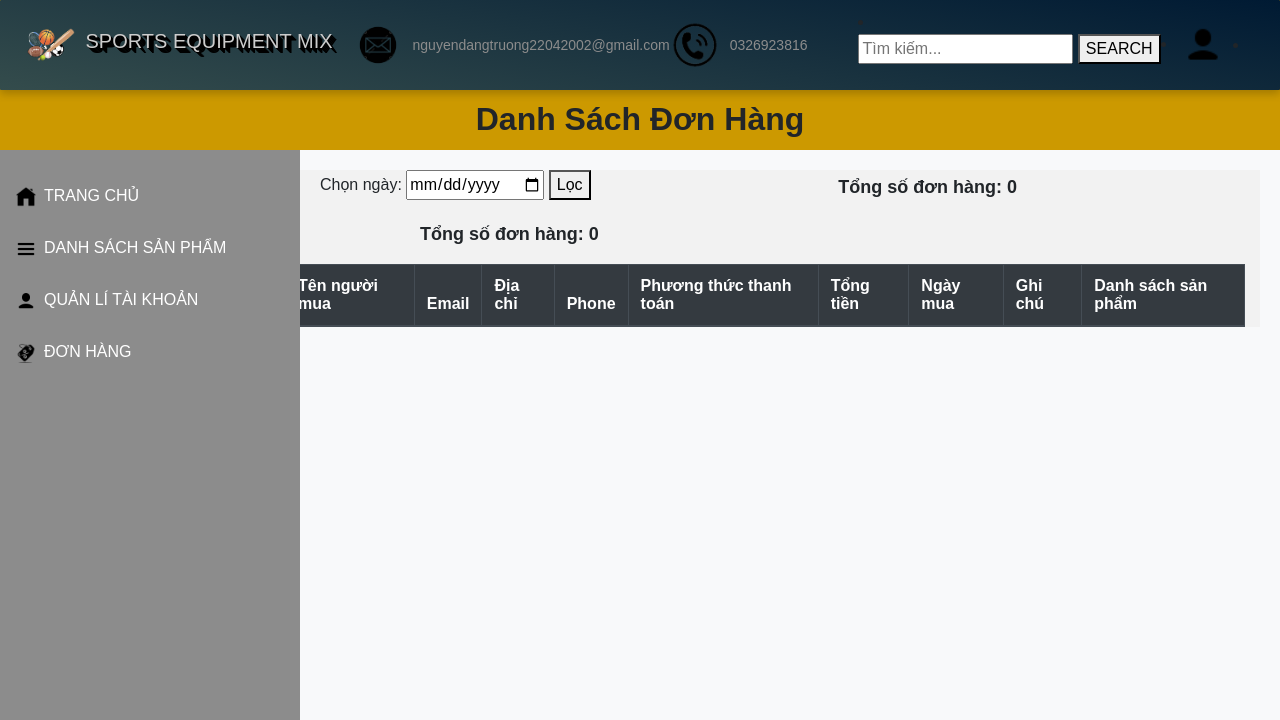
Repository: nguyendangtruong220420002/WWW-BanDungCuThietBiTheThao
Page: http://localhost/WebBanDungCuTheThao/QuanLy/DSDonHang.jsp
These files come from the project's save history. The page is drawn as it stood at one moment and after the next save; the edit follows.
The browser window is 1280 px wide. The pictures show the whole page.
The page is served by Tomcat 10. Other server files are loaded and not shown. The template is opened directly, without the code that normally fills it, so the values that code supplies are empty.

Above is the page before, as saved 2024-07-22 07:37:43.

### WebBanDungCuTheThao/src/main/webapp/QuanLy/DSDonHang.jsp
<%@ page language="java" contentType="text/html; charset=UTF-8"
	pageEncoding="UTF-8"%>
<%@ taglib uri="http://java.sun.com/jsp/jstl/core" prefix="c"%>

<%@ taglib uri="http://java.sun.com/jsp/jstl/functions" prefix="fn"%>
<%@ taglib uri="http://java.sun.com/jsp/jstl/fmt" prefix="fmt"%>
<html>
<head>
<meta charset="UTF-8">
<title>Quản Lý Đơn Hàng</title>
<link
	href="https://stackpath.bootstrapcdn.com/bootstrap/4.5.2/css/bootstrap.min.css"
	rel="stylesheet">
<!-- Bootstrap JS và jQuery -->
<script src="https://code.jquery.com/jquery-3.5.1.slim.min.js"></script>
<script
	src="https://cdn.jsdelivr.net/npm/@popperjs/core@2.9.2/dist/umd/popper.min.js"></script>
<script
	src="https://stackpath.bootstrapcdn.com/bootstrap/4.5.2/js/bootstrap.min.js"></script>
<style>
body {
	font-family: Arial, sans-serif;
	margin: 0;
	padding: 0;
	box-sizing: border-box;
	display: flex;
	flex-direction: column;
	min-height: 100vh;
}

.logo {
	display: flex;
	align-items: center;
	justify-content: space-around;
	padding: 10px;
	background: linear-gradient(10deg, #344c4c, #001a33);
	border-radius: 1px;
	box-shadow: 0 4px 8px rgba(0, 0, 0, 0.2);
}

.logo-left {
	display: flex;
	align-items: center;
}

.logo-right {
	display: flex;
	align-items: center;
}

.logo img {
	height: 50px;
	width: 50px;
	margin-right: 10px;
}

.logo h1 {
	font-size: 20px;
	text-shadow: 1px 1px 0 #000, 2px 2px 0 #000, 3px 3px 0 #000, 4px 4px 0
		#000, 5px 5px 0 #000;
	color: #cccccc;
	font-weight: 100;
	margin-right: 20px;
}

.contact-info {
	display: flex;
	align-items: center;
	margin-right: 20px;
}

.contact-info h2 {
	margin: 0;
	font-size: 14px;
	color: #8c8c8c;
}

.social-icons img {
	height: 40px;
	width: 40px;
	margin: 10px;
}

header {
	background-color: #cc9900;
	height: 150px;
}

.memu-icons {
	height: 15px;
	width: 15px;
	margin: 0 5px;
}

.user-menu {
	display: none;
	position: absolute;
	background-color: white;
	border: 1px solid #ccc;
	padding: 10px;
	right: 15px;
	top: 40px;
}

.user-menu a {
	display: block;
	color: #333;
	text-decoration: none;
	margin: 5px 0;
}

.user-icon {
	position: relative;
	cursor: pointer;
}

.sidebar {
	width: 300px;
	height: 100%;
	background-color: #8c8c8c;
	padding-top: 20px;
	position: fixed;
	top: 150px; /* Dưới header */
	left: 0;
	overflow-y: auto;
}

.nav-list {
	list-style-type: none;
	padding: 0;
	margin: 0;
}

.nav-list li {
	position: relative;
}

.nav-list li a {
	display: block;
	color: white;
	padding: 14px 16px;
	text-decoration: none;
}

.nav-list li a:hover {
	background-color: #111;
}

.menu-icons {
	height: 20px;
	width: 20px;
	margin-right: 8px;
}

.dropdown-content {
	display: none;
	background-color: #444;
	padding-left: 20px;
}

.dropdown-content a {
	color: white;
	padding: 12px 16px;
	text-decoration: none;
	display: block;
}

.dropdown-content a:hover {
	background-color: #555;
}

main {
	margin-left: 250px; /* Để lại khoảng trống cho sidebar */
	padding: 20px;
	flex: 1;
}

.show {
	display: block;
}
</style>
<script>
	function toggleUserMenu() {
		var userMenu = document.getElementById("user-menu");
		if (userMenu.style.display === "block") {
			userMenu.style.display = "none";
		} else {
			userMenu.style.display = "block";
		}
	}
	function toggleDropdown(event) {
		event.preventDefault();
		var dropdownContent = event.currentTarget.nextElementSibling;
		dropdownContent.classList.toggle("show");
	}
	function filterByDate() {
	    // Lấy ngày từ form lọc
	    const filterDate = document.getElementById('filterDate').value;
	    const formattedDate = new Date(filterDate).toISOString().split('T')[0]; // Định dạng ngày theo yyyy-MM-dd

	    // Lấy tất cả các hàng trong bảng
	    const rows = document.querySelectorAll('#paymentsTableBody tr');

	    rows.forEach(row => {
	        // Lấy giá trị ngày từ thuộc tính data-date
	        const rowDate = row.getAttribute('data-date');

	        // So sánh ngày để quyết định hiển thị hoặc ẩn hàng
	        if (rowDate === formattedDate) {
	            row.style.display = ''; // Hiển thị hàng
	        } else {
	            row.style.display = 'none'; // Ẩn hàng
	        }
	    });
	}

</script>


</head>
<body>
	<header>
		<div class="logo">
			<div class="logo-left">
				<img alt="" src="IMG/logo.png">
				<h1>SPORTS EQUIPMENT MIX</h1>
				<div class="contact-info">
					<img alt="" src="IMG/thu.png" class="social-icons">
					<h2>nguyendangtruong22042002@gmail.com</h2>
					<img alt="" src="IMG/call.png" class="social-icons">
					<h2>0326923816</h2>
				</div>
			</div>
			<div class="logo-right">
				<li>
					<form action="search.jsp" method="get">
						<input type="text" name="query" placeholder="Tìm kiếm...">
						<button type="submit">SEARCH</button>
					</form>
				</li>
				<li><a href="#" class="user-icon" onclick="toggleUserMenu()"><img
						alt="" src="IMG/user.png" style="height: 40px; width: 40px"></a>
					<div id="user-menu" class="user-menu">
						<c:choose>
							<c:when test="${not empty sessionScope.ten}">
								<span class="user-info font-weight-bold text-black"> <c:out
										value="Xin chào: ${sessionScope.ten}" />
								</span>
								<button type="button" class="btn btn-danger"
									onclick="confirmLogout()">Đăng Xuất</button>
							</c:when>
							<c:otherwise>
								<button type="button" class="btn btn-primary"
									data-toggle="modal" data-target="#loginModal">Đăng
									Nhập</button>
								<button type="button" class="btn btn-primary"
									data-toggle="modal" data-target="#registerModal">Đăng
									Ký</button>
							</c:otherwise>
						</c:choose>
					</div></li>
				<li>
			</div>
		</div>
		<div style="text-align: center; margin-top: 10px">
			<h2 style="font-weight: bold;">Danh Sách Đơn Hàng</h2>
		</div>
	</header>
	<nav class="sidebar">
		<ul class="nav-list">
			<li><a href="Admin.jsp"><img alt="" src="IMG/home.png"
					class="menu-icons">TRANG CHỦ</a></li>
			<li class="dropdown"><a href="javascript:void(0)"
				class="dropbtn" onclick="toggleDropdown(event)"><img alt=""
					src="IMG/menu.png" class="menu-icons">DANH SÁCH SẢN PHẨM</a>
				<div class="dropdown-content">
					<a href="DanhSachLoaiSanPhamServlet">Loại Sản phẩm</a> <a
						href="DanhSachSanPhamServlet">Sản phẩm</a>
				</div></li>
			<li><a href="users.jsp"><img alt="" src="IMG/user.png"
					class="menu-icons">QUẢN LÍ TÀI KHOẢN</a></li>
			<li><a href="DSDonHangServlet"><img alt=""
					src="IMG/sale.png" class="menu-icons">ĐƠN HÀNG</a></li>
		</ul>
	</nav>
	<main>
		<div class="container"
			style="background-color: #f2f2f2; max-width: 1600px">

			<div class="content">
				<div class="row mb"
					style="display: flex; align-items: center; margin-left: 20px;">

					<div class="col-md-4" style="display: flex; align-items: center;">
						<form id="filterForm" method="get">
							<label for="filterDate">Chọn ngày:</label> <input type="date"
								id="filterDate" name="filterDate" value="${filterDate}" />
							<button type="submit">Lọc</button>
						</form>
					</div>

					<div class="col-md-4"
						style="font-weight: bold; font-size: 18px; margin-left: 200px">

						<p>Tổng số đơn hàng: ${fn:length(payments)}</p>
					</div>
					<div class="col-md"
						style="font-weight: bold; font-size: 18px; margin-left: 100px">

						<p>Tổng số đơn hàng: ${fn:length(payments)}</p>
					</div>
				</div>

			</div>
			<table class="table table-bordered">
				<thead class="thead-dark">
					<tr>
						<th>Tên người mua</th>
						<th>Email</th>
						<th>Địa chỉ</th>
						<th>Phone</th>
						<th>Phương thức thanh toán</th>
						<th>Tổng tiền</th>
						<th>Ngày mua</th>
						<th>Ghi chú</th>
						<th>Danh sách sản phẩm</th>
					</tr>

				</thead>
				<tbody id="paymentsTableBody">
					<c:forEach var="payment" items="${payments}">
						<tr>
							<td>${payment.hoten}</td>
							<td>${payment.email}</td>
							<td>${payment.address}</td>
							<td>${payment.phone}</td>
							<td>${payment.paymentMethod}</td>
							<td>${payment.total}</td>
							<td><fmt:formatDate value="${payment.purchaseDate}"
									pattern="dd-MM-yyyy HH:mm" /></td>
							<td>${payment.ghichu}</td>
							<td>
								<ul>
									<c:forEach var="sanPham" items="${payment.sanPhams}">
										<li>Tên sản phẩm: ${sanPham.tensanpham}, Số lượng:
											${sanPham.soluong}, Giá: ${sanPham.giagiam}</li>
									</c:forEach>
								</ul>
							</td>
						</tr>
					</c:forEach>
				</tbody>

			</table>
		</div>
	</main>


	<footer> </footer>

	<jsp:include page="../Modal/register.jsp" />
	<jsp:include page="../Modal/login.jsp" />
	<!-- Modal Đăng ký thành công -->
	<div class="modal fade" id="registerSuccessModal" tabindex="-1"
		role="dialog" aria-labelledby="registerSuccessModalLabel"
		aria-hidden="true">
		<div class="modal-dialog" role="document">
			<div class="modal-content">
				<div class="modal-header">
					<h5 class="modal-title" id="registerSuccessModalLabel">Đăng Ký
						Thành Công</h5>
					<button type="button" class="close" data-dismiss="modal"
						aria-label="Close">
						<span aria-hidden="true">&times;</span>
					</button>
				</div>
				<div class="modal-body">Chúc mừng! Bạn đã đăng ký thành công.
				</div>
				<div class="modal-footer">
					<button type="button" class="btn btn-secondary"
						data-dismiss="modal">Đóng</button>
				</div>
			</div>
		</div>
	</div>

	<!-- JavaScript để hiển thị modal khi cần -->
	<script>
        $(document).ready(function() {
            <%-- Kiểm tra xem thuộc tính registerSuccess có trong session không --%>
            <% if (session.getAttribute("registerSuccess") != null && (Boolean) session.getAttribute("registerSuccess")) { %>
                <%-- Hiển thị modal "Đăng ký thành công" --%>
                $('#registerSuccessModal').modal('show');
            <% }
               session.removeAttribute("registerSuccess");
            %>
        });
    </script>
	<!-- Modal Đăng nhập thành công -->
	<div class="modal fade" id="loginSuccessModal" tabindex="-1"
		role="dialog" aria-labelledby="loginSuccessModalLabel"
		aria-hidden="true">
		<div class="modal-dialog" role="document">
			<div class="modal-content">
				<div class="modal-header">
					<h5 class="modal-title" id="loginSuccessModalLabel">Đăng Nhập
						Thành Công</h5>
					<button type="button" class="close" data-dismiss="modal"
						aria-label="Close">
						<span aria-hidden="true">&times;</span>
					</button>
				</div>
				<div class="modal-body">Chào mừng bạn đã đăng nhập thành công.
				</div>
				<div class="modal-footer">
					<button type="button" class="btn btn-secondary"
						data-dismiss="modal">Đóng</button>
				</div>
			</div>
		</div>
	</div>
	<script>
    $(document).ready(function() {

        <% if (session.getAttribute("loginSuccess") != null && (Boolean) session.getAttribute("loginSuccess")) { %>
            $('#loginSuccessModal').modal('show');
            <% session.removeAttribute("loginSuccess"); %>

            // Thay đổi nút "Đăng Nhập" và "Đăng Ký" thành nút "Đăng Xuất"
            var tenuser = '${sessionScope.ten}'; // Lấy tên người dùng từ session
            $('#user-menu').html('<span class="user-info font-weight-bold text-black">Xin Chào  ' + tenuser + '</span>' +
                '<button type="button" class="btn btn-danger" onclick="confirmLogout()">Đăng Xuất</button>');
        <% } %>
    });

    function confirmLogout() {
        // Hiển thị modal xác nhận đăng xuất
        $('#confirmLogoutModal').modal('show');
    }

    function logout() {
    	window.location.href = "LogoutServlet";
    }
</script>
	<!-- Modal Đăng nhập không thành công -->
	<div class="modal fade" id="loginFailedModal" tabindex="-1"
		role="dialog" aria-labelledby="loginFailedModalLabel"
		aria-hidden="true">
		<div class="modal-dialog" role="document">
			<div class="modal-content">
				<div class="modal-header">
					<h5 class="modal-title" id="loginFailedModalLabel">Đăng Nhập
						Không Thành Công</h5>
					<button type="button" class="close" data-dismiss="modal"
						aria-label="Close">
						<span aria-hidden="true">&times;</span>
					</button>
				</div>
				<div class="modal-body">Đăng nhập không thành công. Vui lòng
					kiểm tra lại email và mật khẩu.</div>
				<div class="modal-footer">
					<button type="button" class="btn btn-secondary"
						data-dismiss="modal">Đóng</button>
				</div>
			</div>
		</div>
	</div>
	<script>
    $(document).ready(function() {
        <%-- Kiểm tra xem thuộc tính loginFailed có trong session không --%>
        <% if (session.getAttribute("loginFailed") != null && (Boolean) session.getAttribute("loginFailed")) { %>
            <%-- Hiển thị modal "Đăng nhập không thành công" --%>
            $('#loginFailedModal').modal('show');
        <% }
           session.removeAttribute("loginFailed");
        %>
    });
</script>
	<!-- Modal xác nhận đăng xuất -->
	<div class="modal fade" id="confirmLogoutModal" tabindex="-1"
		role="dialog" aria-labelledby="confirmLogoutModalLabel"
		aria-hidden="true">
		<div class="modal-dialog" role="document">
			<div class="modal-content">
				<div class="modal-header">
					<h5 class="modal-title" id="confirmLogoutModalLabel">Xác nhận
						đăng xuất</h5>
					<button type="button" class="close" data-dismiss="modal"
						aria-label="Close">
						<span aria-hidden="true">&times;</span>
					</button>
				</div>
				<div class="modal-body">Bạn có chắc chắn muốn đăng xuất không?
				</div>
				<div class="modal-footer">
					<button type="button" class="btn btn-secondary"
						data-dismiss="modal">Hủy</button>
					<button type="button" class="btn btn-primary" onclick="logout()">Đăng
						xuất</button>
				</div>
			</div>
		</div>
	</div>





</body>
</html>

### WebBanDungCuTheThao/src/main/webapp/Modal/register.jsp
<%@ page language="java" contentType="text/html; charset=UTF-8"
    pageEncoding="UTF-8"%>
<!DOCTYPE html>
<html>
<head>
<meta charset="UTF-8">
<title>Register</title>
<link rel="stylesheet" href="https://stackpath.bootstrapcdn.com/bootstrap/4.3.1/css/bootstrap.min.css">
<style>
body {
    font-family: Arial, sans-serif;
    background-color: #f8f9fa;
    margin: 0;
    padding: 0;
}
.modal-content {
    border-radius: 8px;
    border: none;
}
.modal-header {
    background-color: #007bff;
    color: #fff;
    border-bottom: none;
    border-top-left-radius: 8px;
    border-top-right-radius: 8px;
}
.modal-title {
    margin: 0;
    font-weight: bold;
}
.close {
    color: #fff;
    opacity: 1;
}
.modal-body {
    padding: 20px;
}
.form-group label {
    font-weight: bold;
}
.form-control {
    border-radius: 4px;
    border: 1px solid #ced4da;
    padding: 10px;
}
.btn-primary {
    background-color: #007bff;
    border: none;
    border-radius: 4px;
    padding: 10px 20px;
}
.btn-primary:hover {
    background-color: #0056b3;
}
</style>
</head>
<body>
<div class="modal fade" id="registerModal" tabindex="-1" role="dialog" aria-labelledby="registerModalLabel" aria-hidden="true">
  <div class="modal-dialog" role="document">
    <div class="modal-content">
      <div class="modal-header">
        <h5 class="modal-title" id="registerModalLabel">Đăng Ký</h5>
        <button type="button" class="close" data-dismiss="modal" aria-label="Close">
          <span aria-hidden="true">&times;</span>
        </button>
      </div>
      <div class="modal-body">
        <form action="UserServlet" method="post">
          <div class="form-group">
            <label for="username">Họ và Tên</label>
            <input type="text" class="form-control" id="tenuser" name="tenuser" required>
          </div>
          <div class="form-group">
            <label for="password">Mật Khẩu</label>
            <input type="password" class="form-control" id="password" name="password" required>
          </div>
          <div class="form-group">
            <label for="email">Email</label>
            <input type="email" class="form-control" id="email" name="email" required>
          </div>
          <button type="submit" class="btn btn-primary">Đăng Ký</button>
        </form>
      </div>
    </div>
  </div>
</div>
<script src="https://code.jquery.com/jquery-3.3.1.slim.min.js"></script>
<script src="https://cdnjs.cloudflare.com/ajax/libs/popper.js/1.14.7/umd/popper.min.js"></script>
<script src="https://stackpath.bootstrapcdn.com/bootstrap/4.3.1/js/bootstrap.min.js"></script>
</body>
</html>

### WebBanDungCuTheThao/src/main/webapp/Modal/login.jsp
<%@ page language="java" contentType="text/html; charset=UTF-8"
	pageEncoding="UTF-8"%>
<%@ taglib uri="http://java.sun.com/jsp/jstl/core" prefix="c"%>
<!DOCTYPE html>
<html>
<head>
<meta charset="UTF-8">
<title>Login</title>
<link rel="stylesheet"
	href="https://stackpath.bootstrapcdn.com/bootstrap/4.3.1/css/bootstrap.min.css">
<style>
body {
	font-family: Arial, sans-serif;
	background-color: #f8f9fa;
	margin: 0;
	padding: 0;
}

.modal-content {
	border-radius: 8px;
	border: none;
}

.modal-header {
	background-color: #007bff;
	color: #fff;
	border-bottom: none;
	border-top-left-radius: 8px;
	border-top-right-radius: 8px;
}

.modal-title {
	margin: 0;
	font-weight: bold;
}

.close {
	color: #fff;
	opacity: 1;
}

.modal-body {
	padding: 20px;
}

.form-group label {
	font-weight: bold;
}

.form-control {
	border-radius: 4px;
	border: 1px solid #ced4da;
	padding: 10px;
}

.btn-primary {
	background-color: #007bff;
	border: none;
	border-radius: 4px;
	padding: 10px 20px;
}

.btn-primary:hover {
	background-color: #0056b3;
}
</style>
</head>
<body>
	<div class="modal fade" id="loginModal" tabindex="-1" role="dialog"
		aria-labelledby="loginModalLabel" aria-hidden="true">
		<div class="modal-dialog" role="document">
			<div class="modal-content">
				<div class="modal-header">
					<h5 class="modal-title" id="loginModalLabel">Đăng Nhập</h5>
					<button type="button" class="close" data-dismiss="modal"
						aria-label="Close">
						<span aria-hidden="true">&times;</span>
					</button>
				</div>
				<div class="modal-body">
					<form action="LoginServlet" method="post">
						<div class="form-group">
							<label for="email">Email :</label> <input type="text"
								class="form-control" id="email" name="email" required>

						</div>
						<div class="form-group">
							<label for="password">Mật Khẩu:</label> <input type="password"
								class="form-control" id="password" name="password" required>
						</div>
						<div class="form-group">
							<div class="checkbox">
								<label><input type="checkbox" name="remember">
									Nhớ tài khoảng</label>
							</div>
						</div>
						<button type="submit" class="btn btn-primary">Đăng Nhập</button>
					</form>
				</div>
			</div>
		</div>
	</div>
	<script src="https://code.jquery.com/jquery-3.3.1.slim.min.js"></script>
	<script
		src="https://cdnjs.cloudflare.com/ajax/libs/popper.js/1.14.7/umd/popper.min.js"></script>
	<script
		src="https://stackpath.bootstrapcdn.com/bootstrap/4.3.1/js/bootstrap.min.js"></script>
</body>
</html>

After the next save:
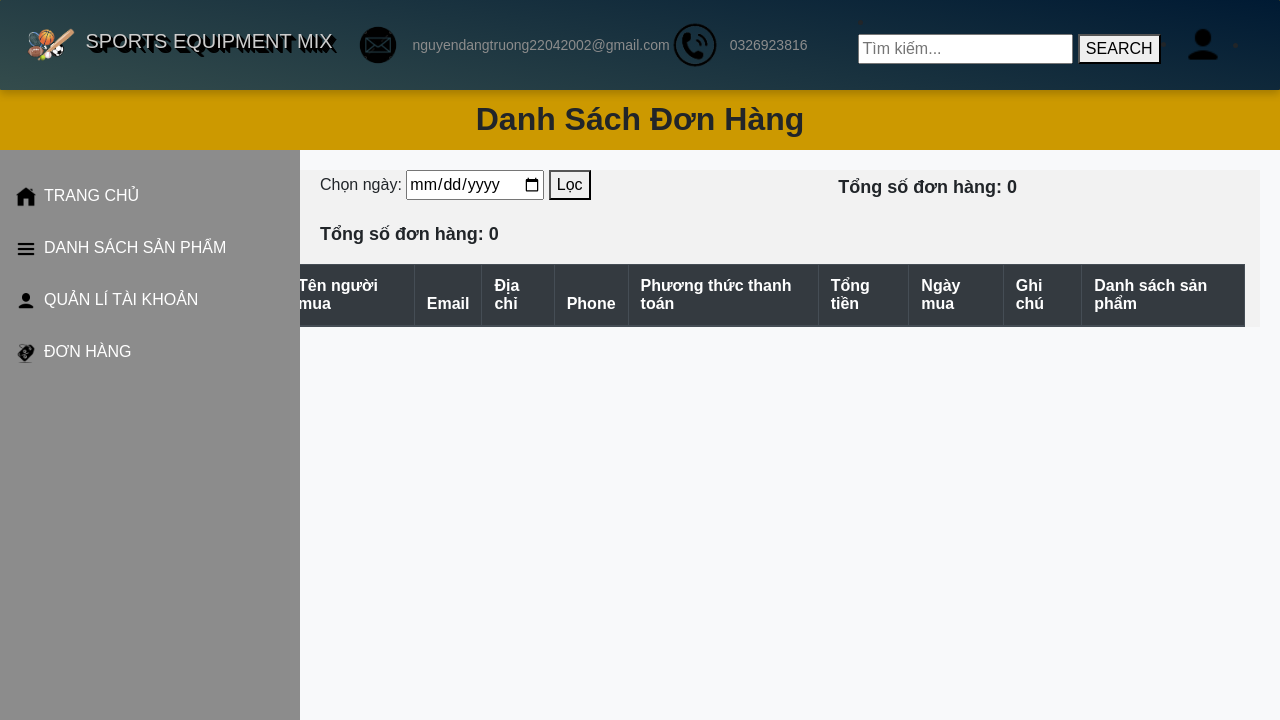
Saved 23 s later.
--- a/WebBanDungCuTheThao/src/main/webapp/QuanLy/DSDonHang.jsp
+++ b/WebBanDungCuTheThao/src/main/webapp/QuanLy/DSDonHang.jsp
@@ -305,7 +305,7 @@ main {
 						<p>Tổng số đơn hàng: ${fn:length(payments)}</p>
 					</div>
 					<div class="col-md"
-						style="font-weight: bold; font-size: 18px; margin-left: 100px">
+						style="font-weight: bold; font-size: 18px; margin-right: 100px">
 
 						<p>Tổng số đơn hàng: ${fn:length(payments)}</p>
 					</div>
